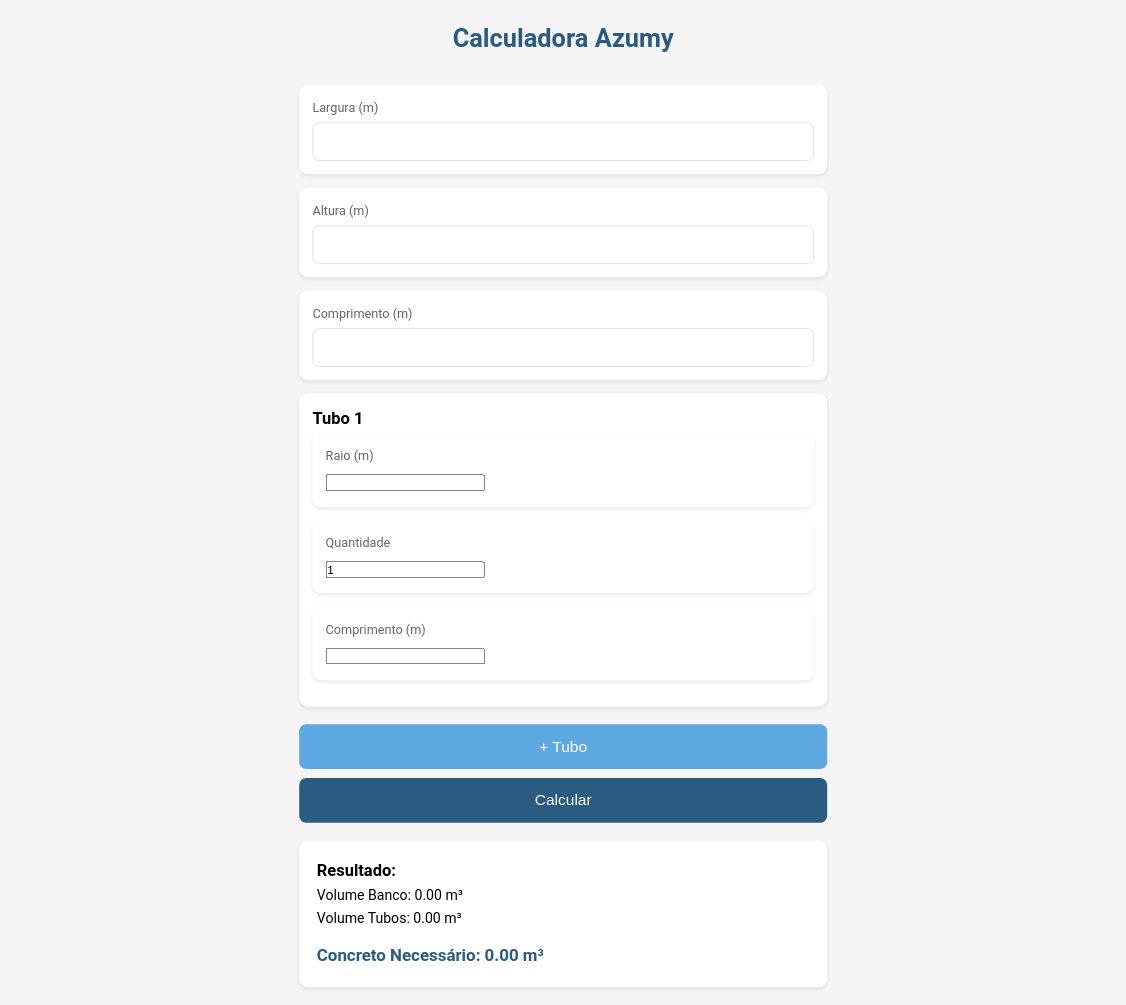
Repository: Valmir-Goncalves/calc_Uane_Souza
Page: concrete-calc/index.html
The author's editor kept a copy of each file at every save. The page is drawn from the files as they stood at one save, then again after the next save.
The browser window is 1280 px wide. The pictures show the whole page, at 88% of full size.

Above is the page before, as saved 2025-03-23 04:53:59.

After the next save:
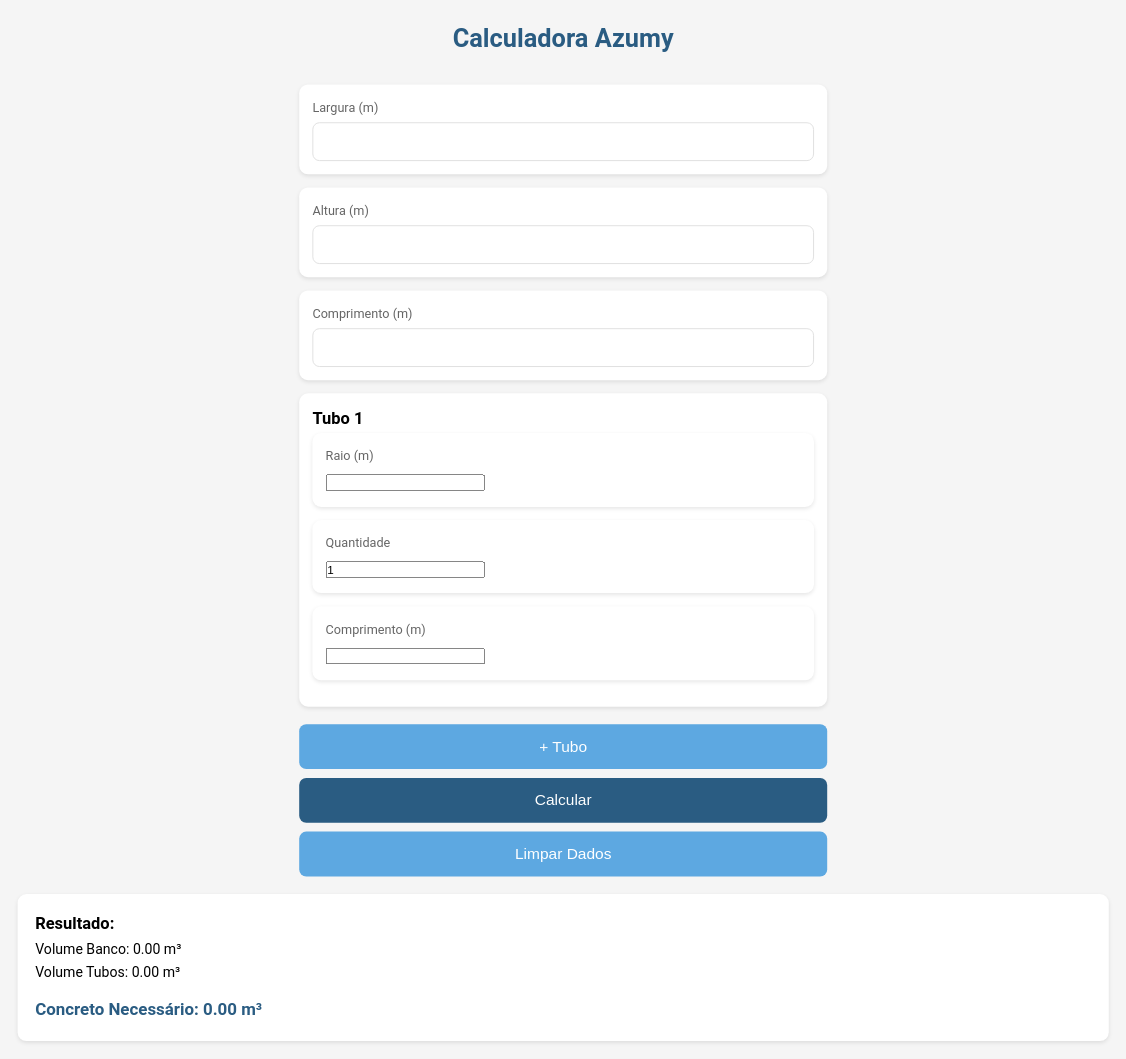
Saved 84 s later.
--- a/concrete-calc/index.html
+++ b/concrete-calc/index.html
@@ -47,6 +47,8 @@
         <div class="button-group">
             <button type="button" class="mobile-btn" onclick="adicionarTubo()">+ Tubo</button>
             <button type="button" class="mobile-btn primary" onclick="calcular()">Calcular</button>
+            <button type="button" class="mobile-btn" onclick="limparDados()">Limpar Dados</button>
+            </div>
         </div>
 
         <div class="resultado">
